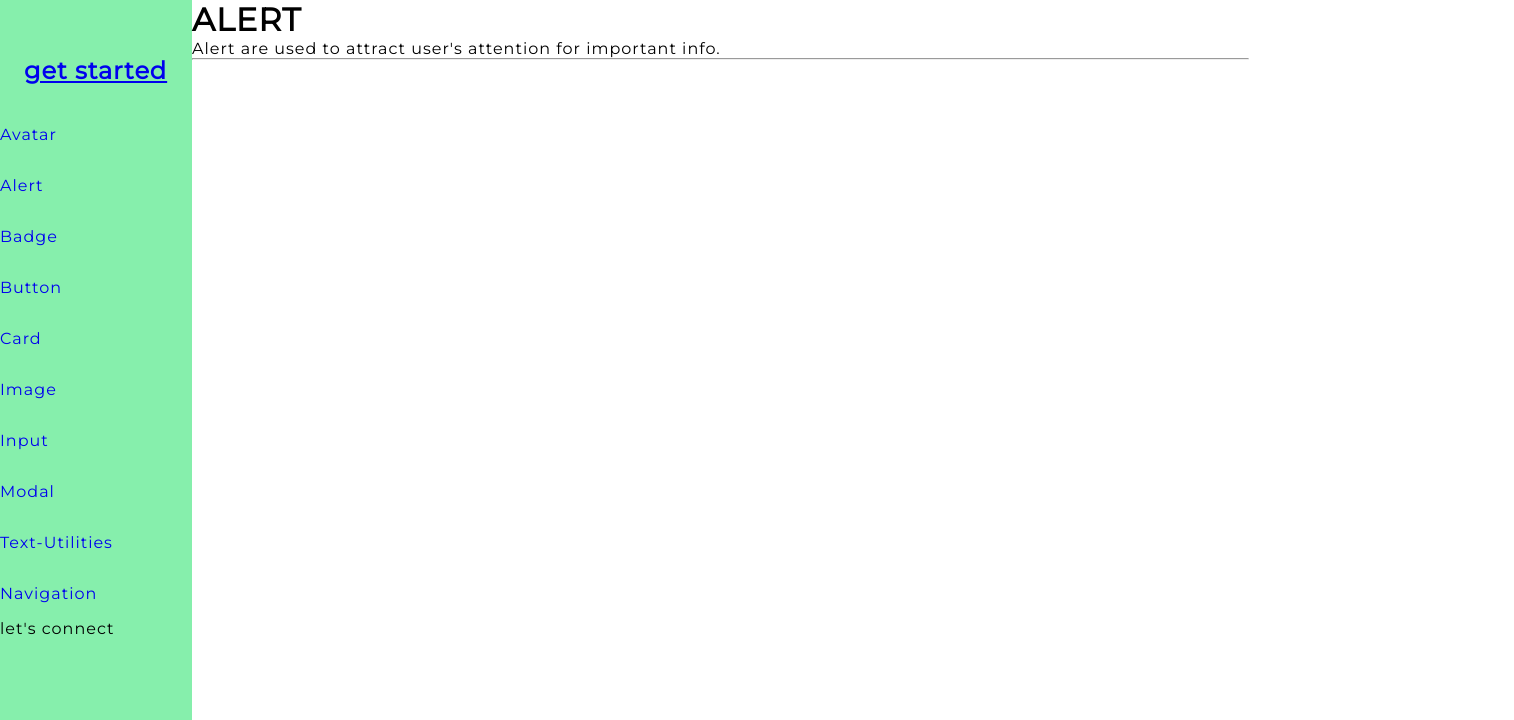
Repository: Anasooya2601/Components_UI
Page: components/Alert/Alert.html
The author's editor kept a copy of each file at every save. The page is drawn from the files as they stood at one save, then again after the next save.
The browser window is 1280 px wide. The page is 1280 px wide, then 1514 px, so the pictures cover 1514 px, including what lies to the right of the window. The pictures show the whole page.

Above is the page before, as saved 2022-02-12 10:21:14.
Not found: components/
Not found: components/Avatar/index.css

### components/Alert/Alert.html
<!DOCTYPE html>
<html lang="en">
<head>
    <meta charset="UTF-8">
    <meta http-equiv="X-UA-Compatible" content="IE=edge">
    <meta name="viewport" content="width=device-width, initial-scale=1.0">
    <title>Alert</title>
    <link rel="stylesheet" href="/main/main.css">
    <link rel="stylesheet" href="../comp.css">
</head>
<body><!-- main -->
    <div class="main-container">
        <div class="navbar-wrapper">

            <div class="nav">
                <div class="navbar-header">
                <div class="logo">
                    <a href="/index.html"></a>
                 </div>
                </div>
            </div>

        <!-- topics -->
        <a href="/main/main.html" class="text">get started</a>
        <div class="navbar-main">
            <a href="/components/Avatar/index.html">Avatar</a>
            <a href="/components/Alert/alert.html">Alert</a>
            <a href="/components/Badge/badge.html">Badge</a>
            <a href="/components/Button/button.html">Button</a>
             <a href="/components/Card/card.html">Card</a>
             <a href="/components/Image/image.html">Image</a>
             <a href="/components/Input/input.html">Input</a>
            <a href="/components/Modal/modal">Modal</a>
            <a href="/components//TextUtilities/textutilities">Text-Utilities</a>
            <a href="/components/Navigation/navigation">Navigation</a>
        </div>
        <!-- footer -->
        <div class="footer">
            <div class="footer-text">
                <p>let's connect</p>
            </div>
        </div>
        </div>


    <div class="header">
        <div class="section-header">
            <div>
                <h1 class="text-header">ALERT</h1>
                    <p class="para">
                       Alert are used to attract user's attention for important info.
                    </p>
              <hr>

            </div>
        </div>

    </div>
</div>
</body>
</html>

### main/main.css
@import url('https://fonts.googleapis.com/css2?family=Montserrat&display=swap');
*{
    margin: 0;
    padding: 0;
    box-sizing: border-box;
}

body{
    letter-spacing: 1px;
}

/* color variable */
:root{
    font-family: 'Montserrat', sans-serif;
    font-weight: 400;
    --main-color:#fca5a5;
    --green:#86efac;
}

/* logo */
.logo{
    display: flex;
    justify-content: center;
}

.logo a{
    color: var(--main-color);
    font-size: 2.5rem;
    display: flex;
    align-items: flex-end;
}




.main-container{
    display: flex;
}

.text{
    font-size: 1.5rem;
    margin: 1.5rem;
    font-weight: bold;
}
/* navbar */
.navbar-wrapper{
    width: 15%;
    height: 100vh;
    font-size: 1rem;
    flex-direction: column;
    overflow-y: scroll;
display: flex;
flex-shrink: 0;
background-color: var(--green);
}
.nav{
    display: flex;
    flex-direction: column;
}
.navbar-main{
    display: flex;
    flex-direction: column;
}
.navbar-main a{
  border-radius: 40px;
  padding: 1rem 0rem 1rem 0rem;
  letter-spacing: 1px;
  transition: 0.3s all ease-in-out;
  text-decoration: none;
}
.navbar-header{
    border-bottom: var(--main-color);
    padding: 1rem;
}

### components/comp.css
@import "./Alert/alert.css";
@import "./Avatar/index.css";
@import "./Button/button.css";
@import "../main/main.css";
@import"./";
@import"./";
@import"./";
@import"";
@import"";

### components/Alert/Alert.css
hr{
width:200%;
text-align:left;
margin-left:0;
}

### components/Button/button.css
@import url('https://fonts.googleapis.com/css2?family=Montserrat:ital@1&family=Roboto:ital,wght@0,400;1,300&family=Space+Grotesk:wght@700&display=swap');
.main-text{
    margin: 2rem 0;
}

.btn-container{
display: flex;
flex-wrap: wrap;
margin-top: 1.5rem;
gap: 1rem;
align-items: center;


}

.btn {
border:none;
background-color: none;
outline: none;
padding: 0.5rem 1rem;
border: 5px;
border-radius: 5px;
font-size: 1.1rem;
cursor: pointer;
color: #0e9aeb;
font-family: 'Gill Sans', 'Gill Sans MT', Calibri, 'Trebuchet MS', sans-serif;
}

.primary{
    background-color:#fbbf24 ;

}
.secondary{
    background-color: #fca5a5;
}
.danger{
    background-color: #bef264;
}
.success{
    background-color: #0369a1;
}
.warning{
    background-color: #ded48f;
}

/* outlined-button */
.outlined-sub{
    margin-top: 1.5rem;
}
.outlined-btn{
border-radius: 8px;
font-size: 1.1rem;
letter-spacing: 1px;
color:#0369a1;
background-color: white;
cursor: pointer;
padding: 0.5rem;
gap: 1rem;
}
.outlined-primary{
    border: 0.5px solid #0369a1;
}
.outlined-secondary{
    border: 0.5px solid #0369a1;
}
.outlined-warning{
    border: 0.5px solid #0369a1;
}
.outlined-attention{
    border: 0.5px solid #0369a1;
}
.btn-icon{
background-color: white;
cursor: pointer;
}
/* icon-btn */


/* floating-btn */
.btn-float{
    color: white;
    background-color: #0e9aeb;
    padding: 0.6rem 1rem;
    box-shadow: #ded48f 0px 8px 16px;
}

After the next save:
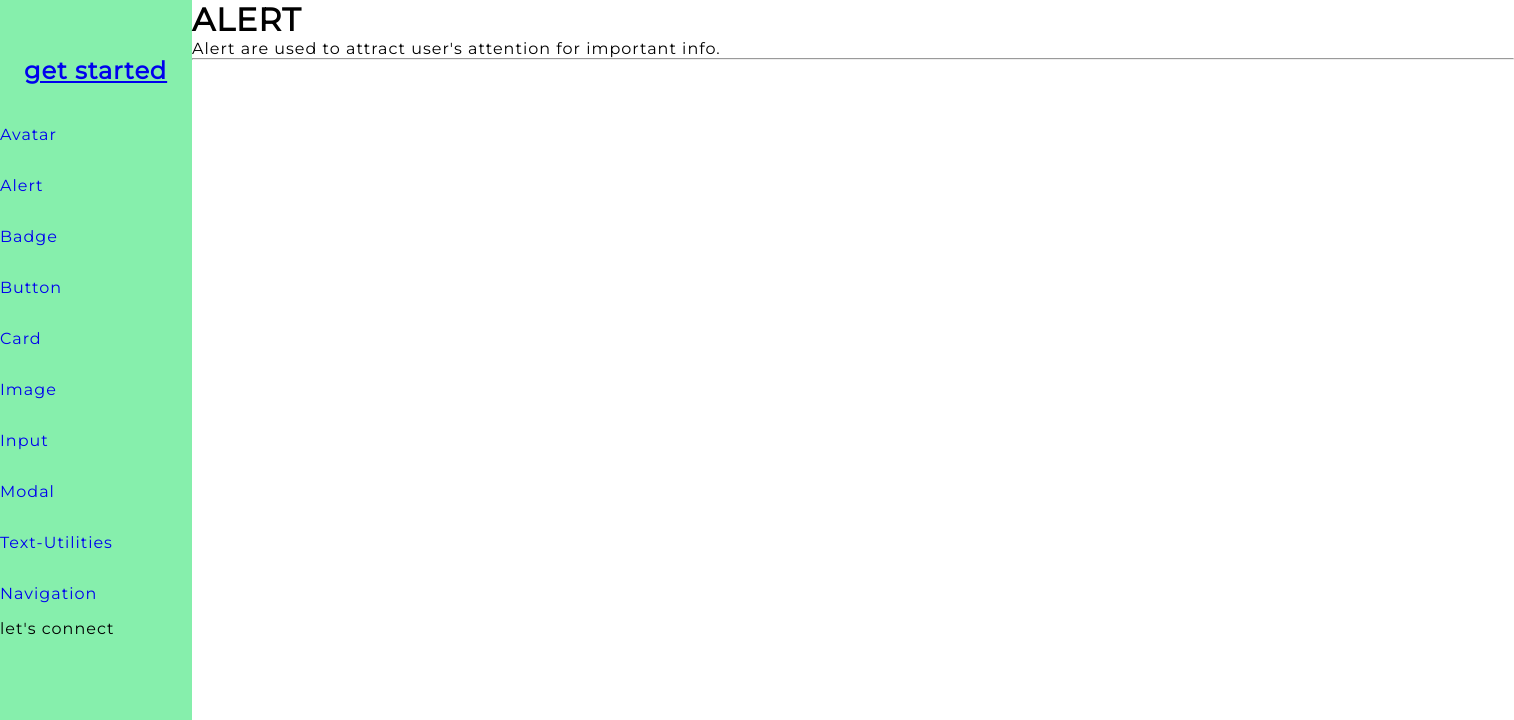
Saved 16 s later.
--- a/components/Alert/Alert.css
+++ b/components/Alert/Alert.css
@@ -1,5 +1,5 @@
 hr{
-width:200%;
+width:250%;
 text-align:left;
 margin-left:0;
 }
